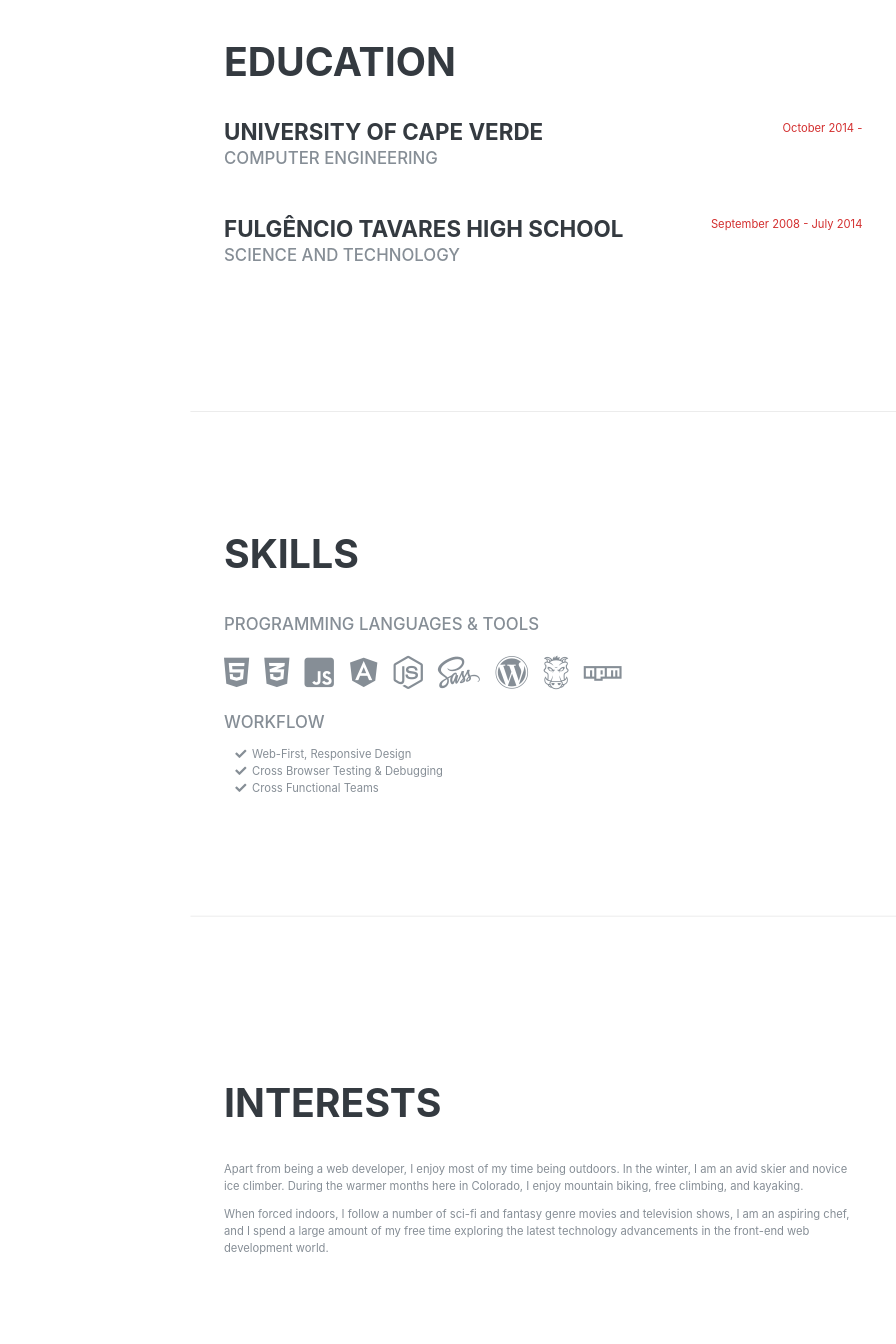
Repository: kcfurtado/kcfurtado.github.io
Page: index.html
These files come from the project's save history. The page is drawn as it stood at one moment and after the next save; the edit follows.
The browser window is 1280 px wide. The pictures show the part of the page from y = 1995 to 3915 px (the page is 4026 px tall), at 70% of full size.
Some web fonts or font styles are not loaded; a fallback is used.

Above is the page before, as saved 2020-04-04 09:20:29.

After the next save:
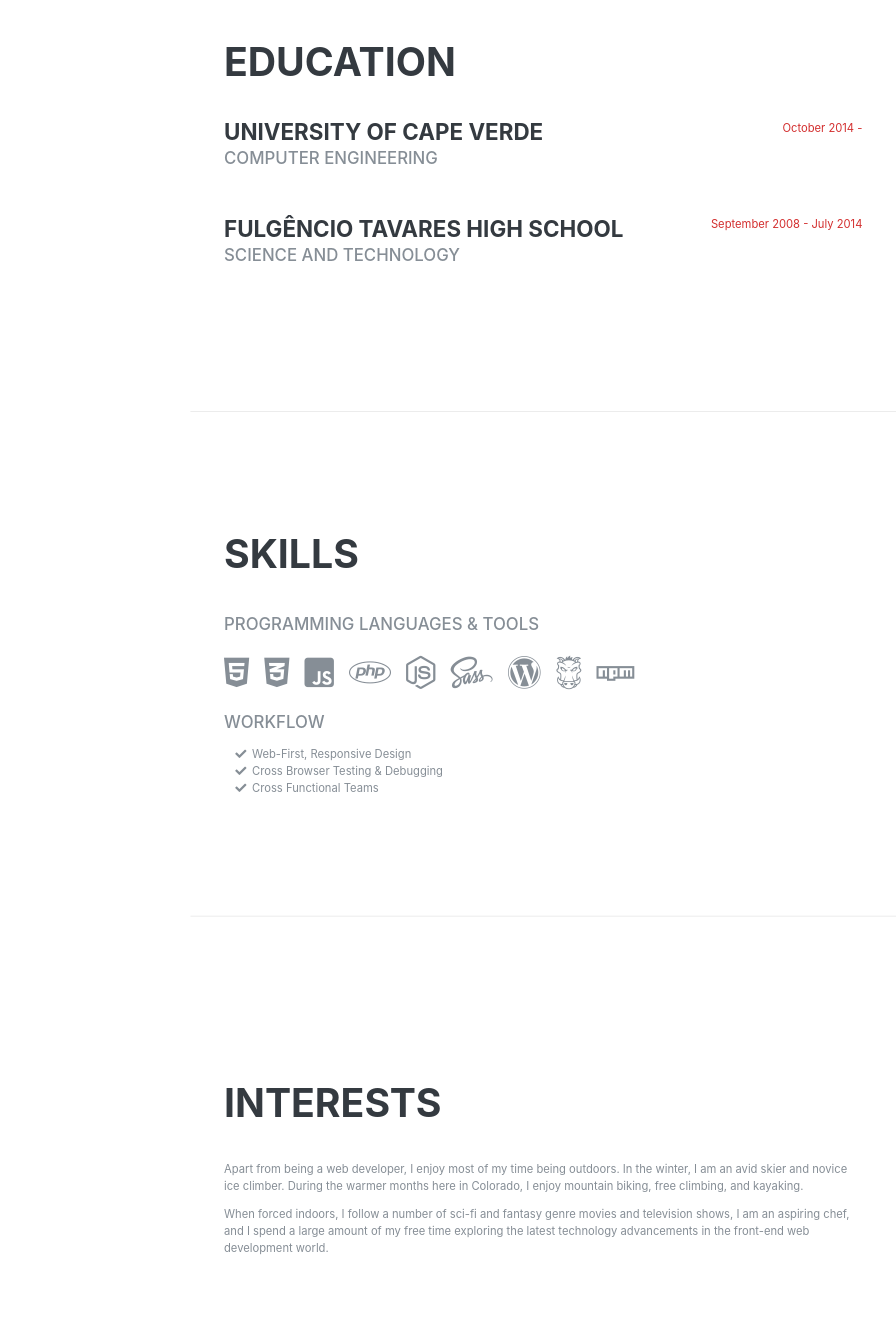
Saved 67 s later.
--- a/index.html
+++ b/index.html
@@ -191,7 +191,7 @@
             <i class="fab fa-js-square"></i>
           </li>
           <li class="list-inline-item">
-            <i class="fab fa-angular"></i>
+            <i class="fab fa-php"></i>
           </li>
           <!--<li class="list-inline-item">
             <i class="fab fa-react"></i>
